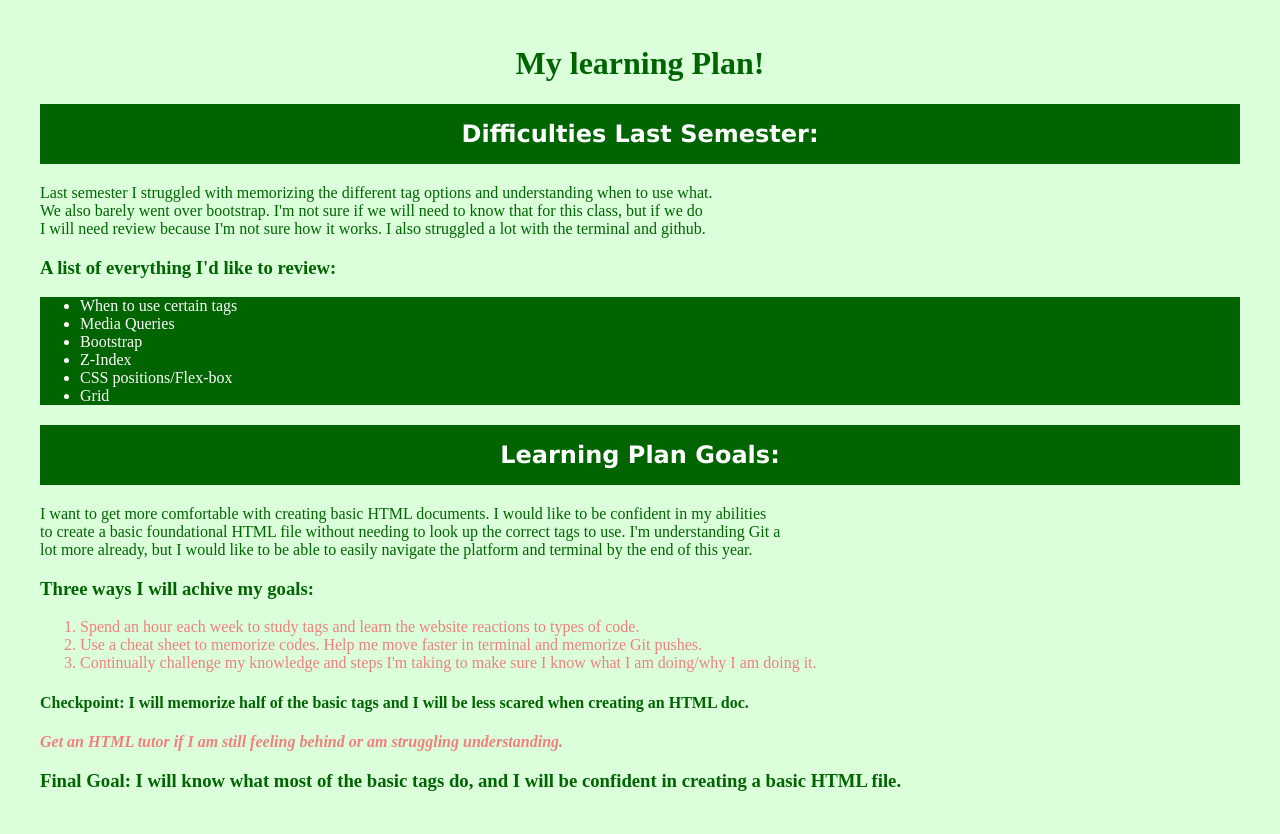
Repository: awollf/mdia-2109
Page: learning-plan.html
The author's editor kept a copy of each file at every save. The page is drawn from the files as they stood at one save, then again after the next save.
The browser window is 1280 px wide. The pictures show the whole page.

Above is the page before, as saved 2026-02-02 11:44:19.

### learning-plan.html
<!DOCTYPE html>
<html lang="en">
<head>
    <meta charset="UTF-8">
    <meta name="viewport" content="width=device-width, initial-scale=1.0">
    <title>Learning Plan</title>
    <link rel="stylesheet" href="style.css">
</head>


<div class="page">
<body>
    <h1>My learning Plan!</h1>

    <h2>Difficulties Last Semester:</h2>
    <p>Last semester I struggled with memorizing the different tag options and understanding when to use what.
        <br>We also barely went over bootstrap. I'm not sure if we will need to know that for this class, but if we do
        <br>I will need review because I'm not sure how it works. I also struggled a lot with the terminal and github.
    </p>

    <h3>A list of everything I'd like to review:</h3>
    <ul>
        <li>When to use certain tags</li>
        <li>Media Queries</li>
        <li>Bootstrap</li>
        <li>Z-Index</li>
        <li>CSS positions/Flex-box</li>
        <li>Grid</li>
    </ul>

    <h2>Learning Plan Goals:</h2>
    <p>I want to get more comfortable with creating basic HTML documents. I would like to be confident in my abilities
    <br>to create a basic foundational HTML file without needing to look up the correct tags to use. I'm understanding Git a
    <br>lot more already, but I would like to be able to easily navigate the platform and terminal by the end of this year. </p>

        <h3>Three ways I will achive my goals:</h3>

    <ol>
        <li>Spend an hour each week to study tags and learn the website reactions to types of code.</li>
        <li>Use a cheat sheet to memorize codes. Help me move faster in terminal and memorize Git pushes.</li>
        <li>Continually challenge my knowledge and steps I'm taking to make sure I know what I am doing/why I am doing it.</li>
    </ol>

    <h4>Checkpoint: I will memorize half of the basic tags and I will be less scared when creating an HTML doc.</h4>
    <em>Get an HTML tutor if I am still feeling behind or am struggling understanding.</em>

    <h3>Final Goal: I will know what most of the basic tags do, and I will be confident in creating a basic HTML file.</h3>

</body>
</div>
</html>

### style.css
body {
    background-color: rgb(218, 255, 218);
}

.page {
  max-width: 1200px;
  margin: 0 auto;
  padding: 1rem;
}

h1 {
    text-align: center;
    color: darkgreen;
    font-family:'Lucida Grande',
    font-weight: bold;
}

h2 {
text-align: center;
color: white;
font-family: 'Lucida Grande';
font-weight: bold;
background-color: darkgreen;
padding: 1rem;
}

p {
    text-align: left;
    color: darkgreen;
    font-family: Lucinda Sans Regular;
}

h3 {
    text-align: left;
    color: darkgreen;
    font-family: 'Lucinda Grande';
}

ul {
    text-align: left;
    color: white;
    background-color: darkgreen;
    font-family: Lucinda Sans Regular;
}

ol {
    text-align: left;
    color: lightcoral;
    font-family: Lucinda Sans Regular;
}

h4 {
    text-align: canter;
    color: darkgreen;
    font-family: 'Lucinda Grande';
    font-weight: bold;
}

em {
    text-align: center;
    color: lightcoral;
    font-family: 'Lucinda Grande';
    font-weight: bold;

}

After the next save:
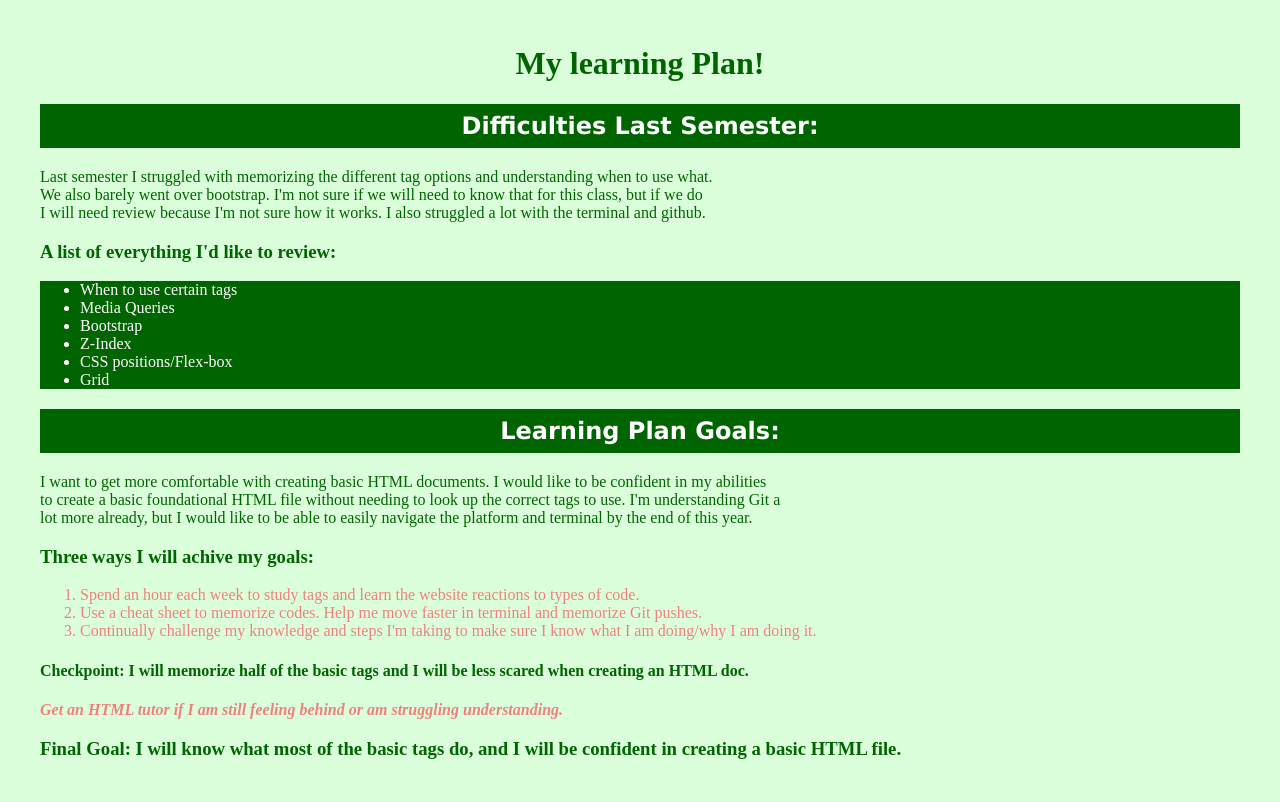
Saved 16 s later.
--- a/style.css
+++ b/style.css
@@ -21,7 +21,7 @@ color: white;
 font-family: 'Lucida Grande';
 font-weight: bold;
 background-color: darkgreen;
-padding: 1rem;
+padding: .5rem;
 }
 
 p {
